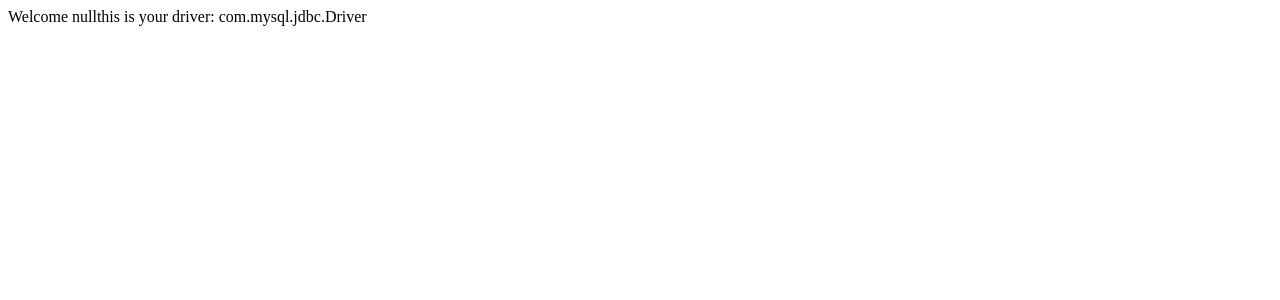
Repository: Priya-056/ServletEg
Page: http://localhost/Configdemo/config
The author's editor kept a copy of each file at every save. The page is drawn from the files as they stood at one save, then again after the next save.
The browser window is 1280 px wide. The pictures show the whole page.
The page is served by Tomcat 9. Other server files are loaded and not shown.

Above is the page before, as saved 2022-07-08 07:16:54.

### Configdemo/src/main/webapp/config.jsp
<%@ page language="java" contentType="text/html; charset=UTF-8"
    pageEncoding="UTF-8"%>
<!DOCTYPE html>
<html>
<head>
<meta charset="UTF-8">
<title>Insert title here</title>
</head>
<body>
<%
out.print("Welcome "+request.getParameter("name"));
String driver=config.getInitParameter("dname");
out.print("this is your driver: "+driver);
%>
</body>
</html>

After the next save:
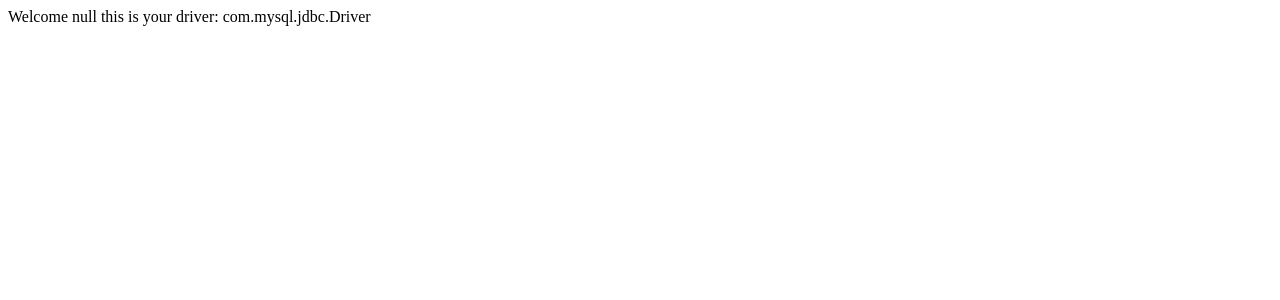
Saved 25 s later.
--- a/Configdemo/src/main/webapp/config.jsp
+++ b/Configdemo/src/main/webapp/config.jsp
@@ -10,7 +10,7 @@
 <%
 out.print("Welcome "+request.getParameter("name"));
 String driver=config.getInitParameter("dname");
-out.print("this is your driver: "+driver);
+out.print(" this is your driver: "+driver);
 %>
 </body>
 </html>
